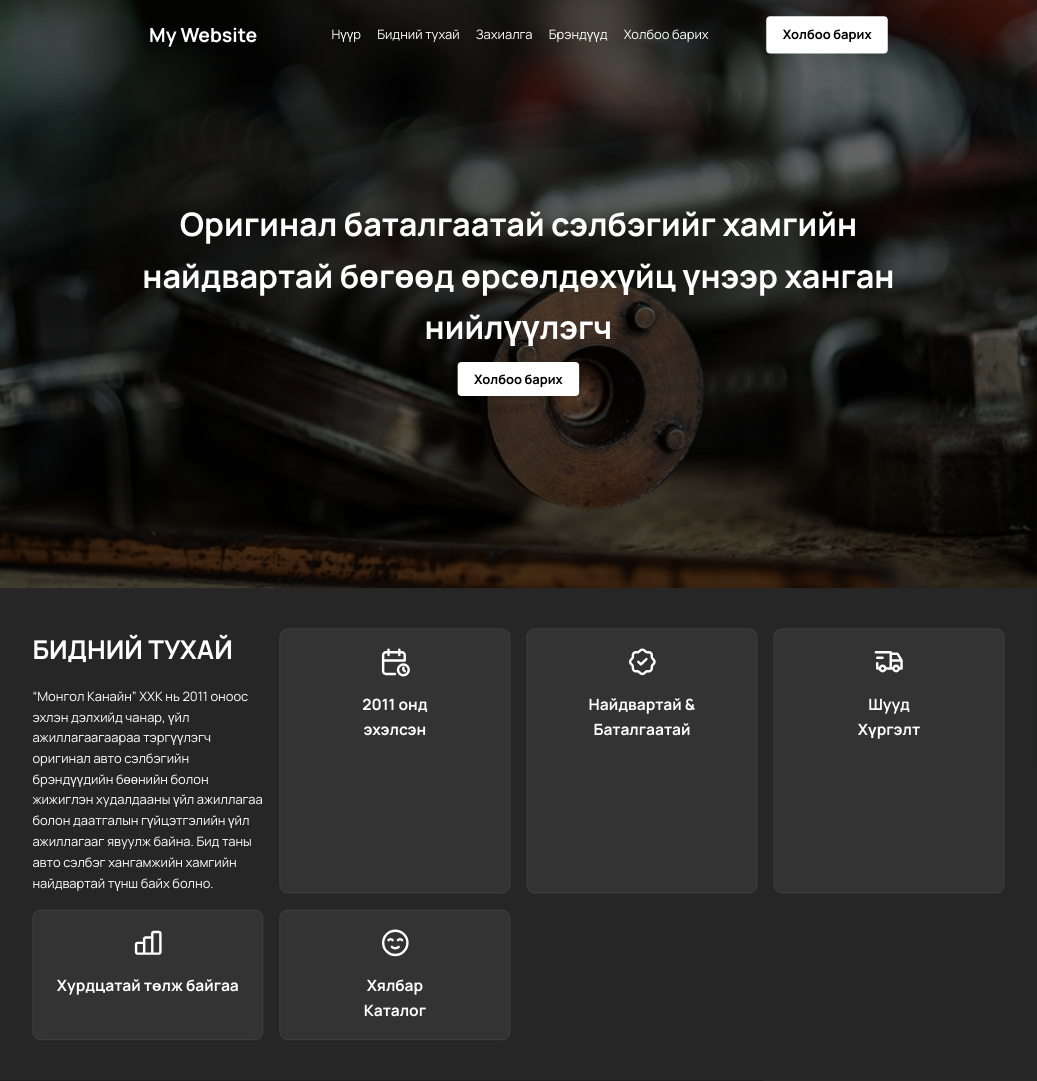
Repository: temuujinnn/mongol_kanain
Page: index.html
An editor plug-in stored every save of this project. The page is shown before and after the next save, followed by the edit.
The browser window is 1280 px wide. The pictures show the whole page, at 81% of full size.

Above is the page before, as saved 2024-08-22 17:50:55.

### index.html
<!DOCTYPE html>
<html lang="mn">

<head>
    <meta charset="UTF-8">
    <meta name="viewport" content="width=device-width, initial-scale=1.0">
    <title>My Custom Website</title>
    <link rel="stylesheet" href="style.css">
    <!-- Google Fonts Link -->
    <link href="https://fonts.googleapis.com/css2?family=Manrope:wght@400;700&display=swap" rel="stylesheet">
</head>

<body>
    <!-- Header Section -->
    <header>
        <div class="container">
            <div class="logo">
                <h1>My Website</h1>
            </div>
            <nav>
                <ul>
                    <li><a href="#home">Нүүр</a></li>
                    <li><a href="#about">Бидний тухай</a></li>
                    <li><a href="#order">Захиалга</a></li>
                    <li><a href="#brands">Брэндүүд</a></li>
                    <li><a href="#contact">Холбоо барих</a></li>
                </ul>
            </nav>
            <a href="#contact" class="contact-btn">Холбоо барих</a>
        </div>
    </header>

    <!-- Hero Section -->
    <section id="hero">
        <div class="overlay"></div>
        <div class="hero-content">
            <h1>Оригинал баталгаатай сэлбэгийг хамгийн найдвартай бөгөөд өрсөлдөхүйц үнээр ханган нийлүүлэгч</h1>
            <a href="#contact" class="button">Холбоо барих</a>
        </div>
    </section>

    <!-- The rest of your content -->
    <section id="about">
        <div class="container">

            <div class="about-grid">
                <div>
                    <h2>БИДНИЙ ТУХАЙ</h2>
                    <p class="description">“Монгол Канайн” ХХК нь 2011 оноос эхлэн дэлхийд чанар, үйл ажиллагаагаараа
                        тэргүүлэгч
                        оригинал авто сэлбэгийн брэндүүдийн бөөнийн болон жижиглэн худалдааны үйл ажиллагаа болон
                        даатгалын
                        гүйцэтгэлийн үйл ажиллагааг явуулж байна. Бид таны авто сэлбэг хангамжийн хамгийн найдвартай
                        түнш
                        байх
                        болно.</p>
                </div>

                <div class="about-card">
                    <div class="icon">
                        <img src="./icons/calendar-time.svg" alt="Calendar Icon">
                    </div>
                    <div class="text">2011 онд<br> эхэлсэн</div>
                </div>
                <div class="about-card">
                    <div class="icon">
                        <img src="./icons/discount-check.svg" alt="Calendar Icon">
                    </div>
                    <div class="text">Найдвартай & Баталгаатай</div>
                </div>
                <div class="about-card">
                    <div class="icon">
                        <img src="./icons/truck-delivery.svg" alt="Calendar Icon">
                    </div>
                    <div class="text">Шууд<br>Хүргэлт</div>
                </div>
                <div class="about-card">
                    <div class="icon">
                        <img src="./icons/chart-bar.svg" alt="Calendar Icon">
                    </div>
                    <div class="text">Хурдцатай төлж байгаа</div>
                </div>
                <div class="about-card">
                    <div class="icon">
                        <img src="./icons/mood-smile-beam.svg" alt="Calendar Icon">
                    </div>
                    <div class="text">Хялбар<br>Каталог</div>
                </div>
            </div>
        </div>
    </section>
</body>

</html>

### style.css
/* Basic Reset */
* {
    margin: 0;
    padding: 0;
    box-sizing: border-box;
}

body {
    font-family: 'Manrope', sans-serif;
    color: white;
    background-color: #1e1e1e;
    line-height: 1.6;
}

/* Header */
header {

    /* Semi-transparent background */
    padding: 20px 0;
    position: absolute;
    /* Ensure the header is not fixed */
    width: 100%;
    z-index: 1000;
    /* Keep the header on top of other content */
}

header .container {
    display: flex;
    padding-left: 144px;
    padding-right: 144px;
    justify-content: space-between;
    align-items: center;
}

header .logo h1 {
    color: #fff;
    font-size: 1.5rem;
    margin: 0;
}

header nav ul {
    list-style: none;
    display: flex;
    margin: 0;
    padding: 0;
}

header nav ul li {
    margin-left: 20px;
}

header nav ul li a {
    color: #fff;
    text-decoration: none;
    font-size: 1rem;
}

header nav ul li a:hover {
    color: #ffcc00;
}

header .contact-btn {
    background-color: #fff;
    color: #000;
    padding: 10px 20px;
    text-decoration: none;
    border-radius: 5px;
    font-weight: bold;
}

header .contact-btn:hover {
    background-color: #e6e6e6;
}

/* Hero Section */
#hero {
    position: relative;
    background: url('./images/m.png') no-repeat center center/cover;
    height: 726px;
    display: flex;
    justify-content: center;
    align-items: center;
    text-align: center;
    color: #fff;
}

#hero .overlay {
    position: absolute;
    top: 0;
    left: 0;
    right: 0;
    bottom: 0;
    background: rgba(0, 0, 0, 0.5);
    /* Dark overlay */
}

.hero-content {
    z-index: 1;
    max-width: 80%;
}

.hero-content h1 {
    font-size: 2.5rem;
    margin-bottom: 20px;
}

.hero-content .button {
    padding: 10px 20px;
    background: #fff;
    color: #000;
    text-decoration: none;
    border-radius: 5px;
    font-weight: bold;
    transition: background-color 0.3s ease;
}

.hero-content .button:hover {
    background-color: #e6e6e6;
}

#about {
    padding: 50px 20px;
    background-color: #262626;
}

.container {
    max-width: 1200px;
    margin: 0 auto;
}

#about h2 {
    font-size: 2rem;
    margin-bottom: 20px;
    color: #fff;
}

.description {

    font-size: 16px;
    font-style: normal;
    font-weight: 400;
}

.about-grid {
    display: grid;
    grid-template-columns: repeat(auto-fit, minmax(250px, 1fr));
    gap: 20px;
}

.about-card {
    background-color: #333;
    padding: 20px;
    border-radius: 10px;
    text-align: center;
    border: 1px solid #444;
    transition: transform 0.3s ease, border-color 0.3s ease;
}

.about-card:hover {
    transform: translateY(-5px);
    border-color: #ffcc00;
}

.icon img {
    width: 40px;
    height: 40px;
    margin-bottom: 10px;
}

.text {
    font-size: 1.2rem;
    color: #fff;
    font-weight: 700;
}

.text br {
    display: none;
}

@media (min-width: 768px) {
    .text br {
        display: inline;
    }
}

/* Adjusting body padding to avoid header overlay */

After the next save:
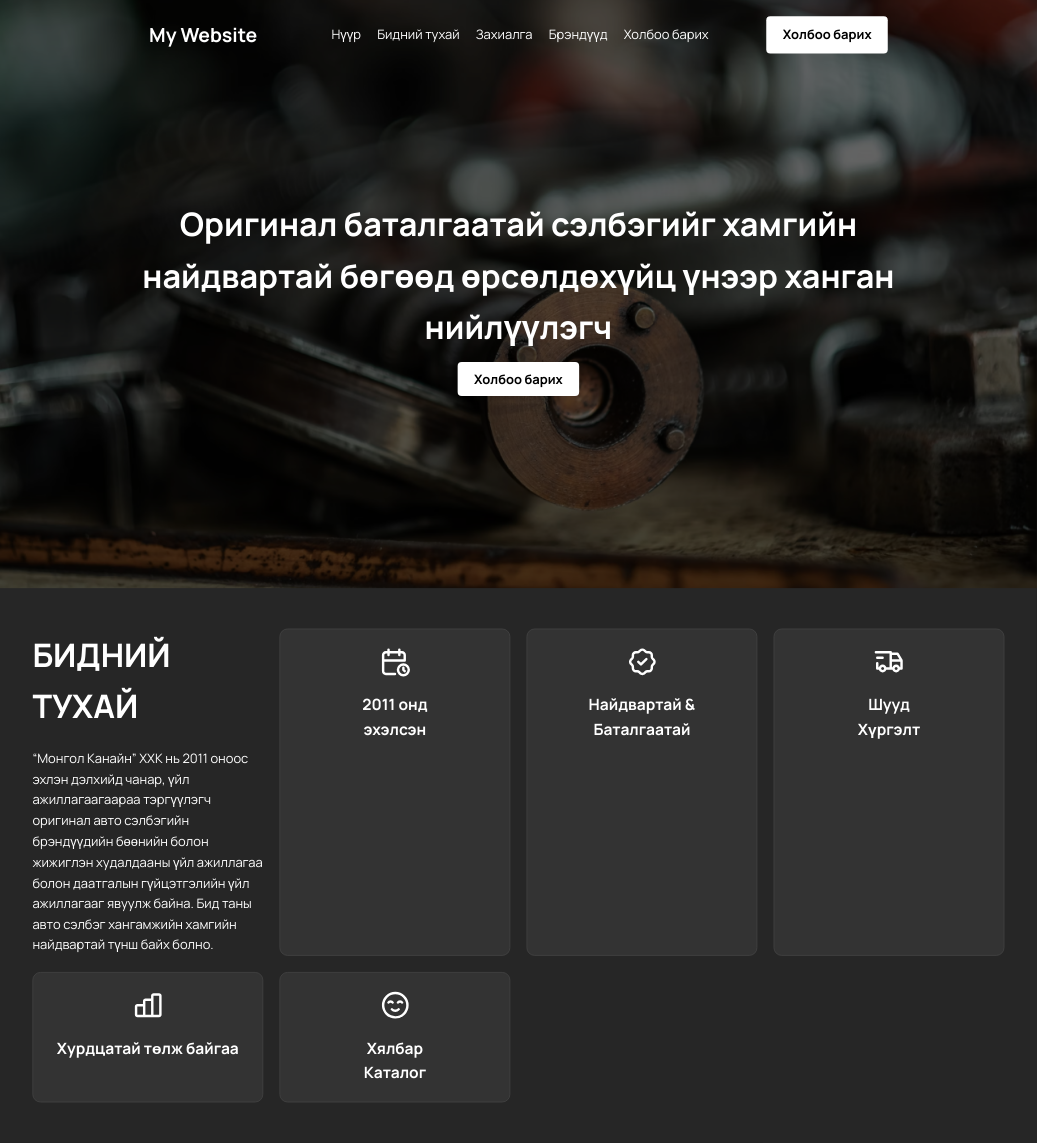
Saved 21 s later.
--- a/style.css
+++ b/style.css
@@ -129,7 +129,7 @@
 }
 
 #about h2 {
-    font-size: 2rem;
+    font-size: 40px;
     margin-bottom: 20px;
     color: #fff;
 }
